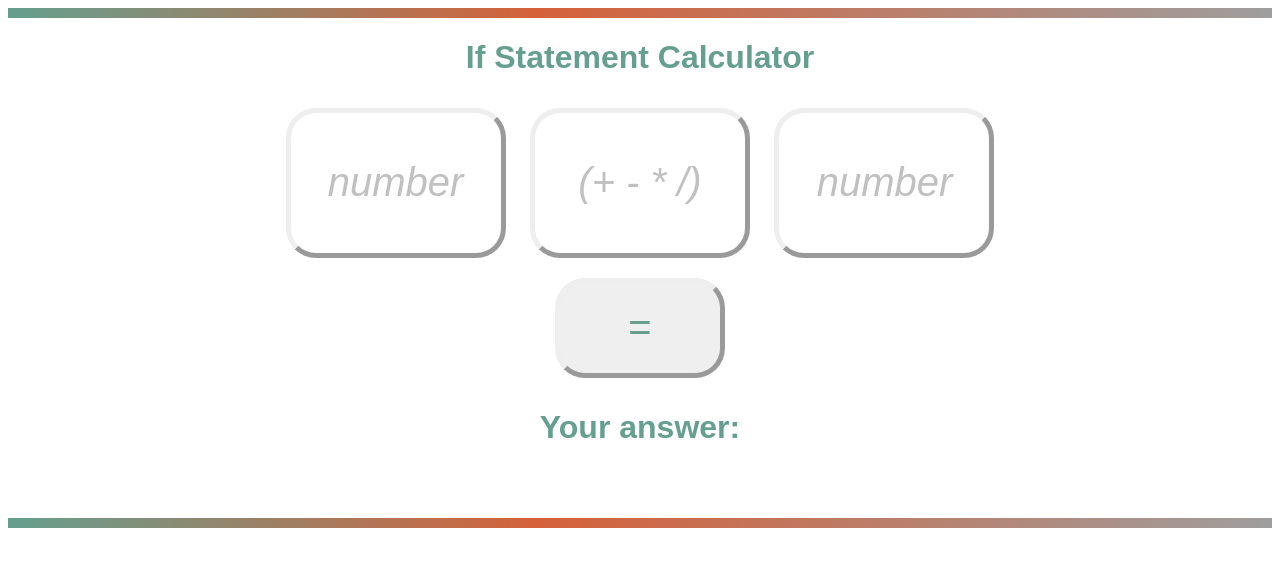
Repository: WesleyErasmus/threeInputCalculator
Page: html/if-calculator.html
These files come from the project's save history. The page is drawn as it stood at one moment and after the next save; the edit follows.
The browser window is 1280 px wide. The pictures show the whole page.

Above is the page before, as saved 2022-04-27 23:03:00.

After the next save:
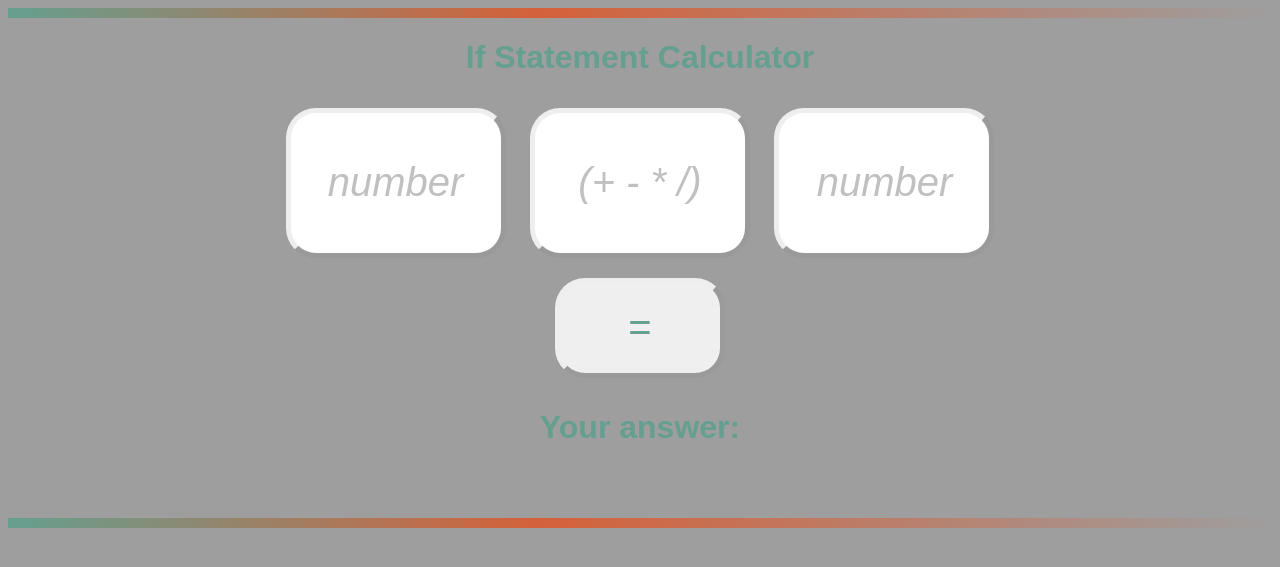
Saved 4 s later.
--- a/css/stylesheet.css
+++ b/css/stylesheet.css
@@ -1,6 +1,6 @@
 body {
 font-family: sans-serif;
-/* background-color: #9e9e9e; */
+background-color: #9e9e9e;
 }
 #topGradientBar {
     background: rgb(101,159,143);

After the save that followed:
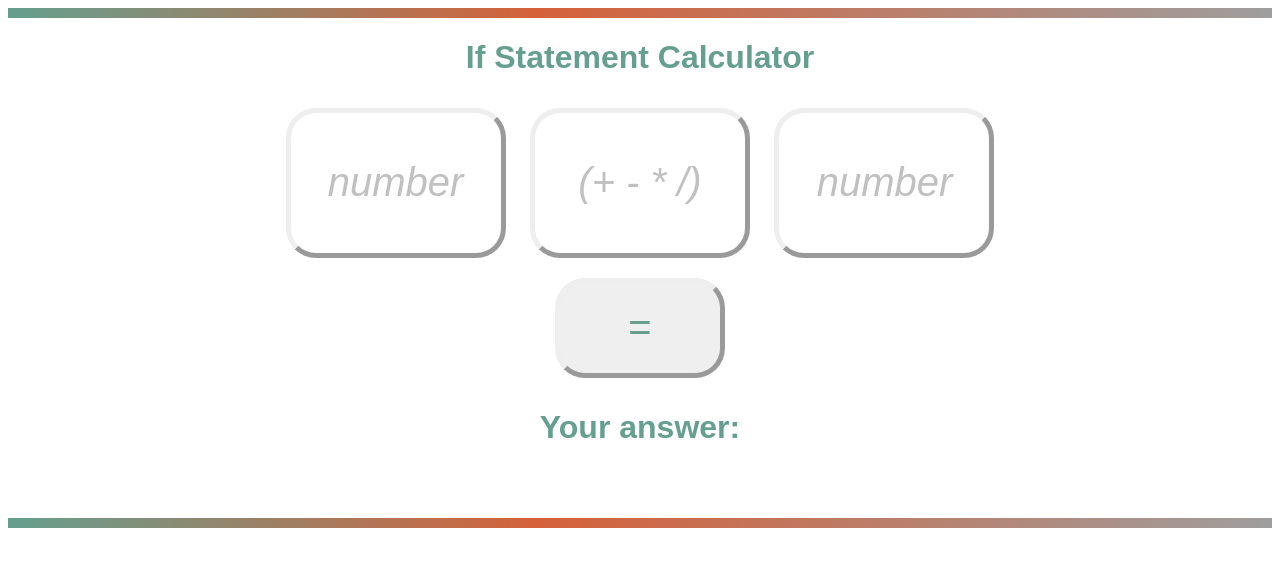
Saved 9 s later.
--- a/css/stylesheet.css
+++ b/css/stylesheet.css
@@ -1,6 +1,5 @@
 body {
 font-family: sans-serif;
-background-color: #9e9e9e;
 }
 #topGradientBar {
     background: rgb(101,159,143);
